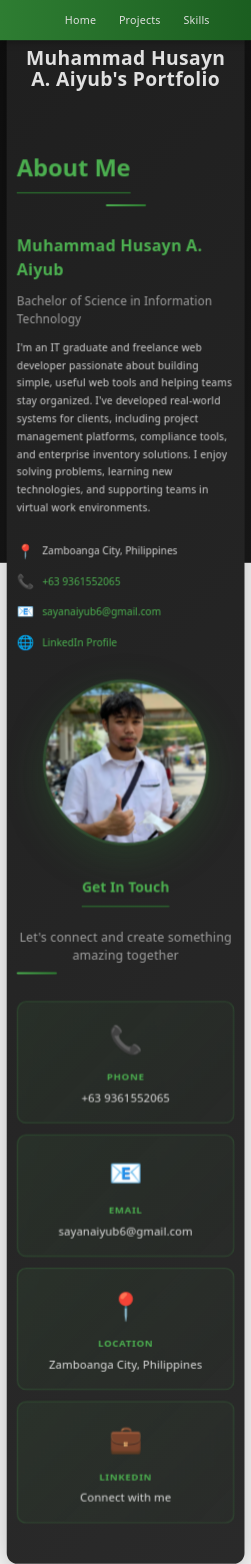
Repository: SAYANA11/portfolio
Page: /
These files come from the project's save history. The page is drawn as it stood at one moment and after the next save; the edit follows.
The browser window is 375 px wide. The pictures show the whole page, at 67% of full size.
The project was rebuilt for these pictures with package versions that can differ from the ones it lists, and the page was loaded fresh each time. Also part of the build but not shown: vite.config.js, src/components/Projects.css, src/components/Projects.jsx, src/components/Skills.css, src/components/Skills.jsx.

Above is the page before, as saved 2026-02-16 23:38:46.

After the next save:
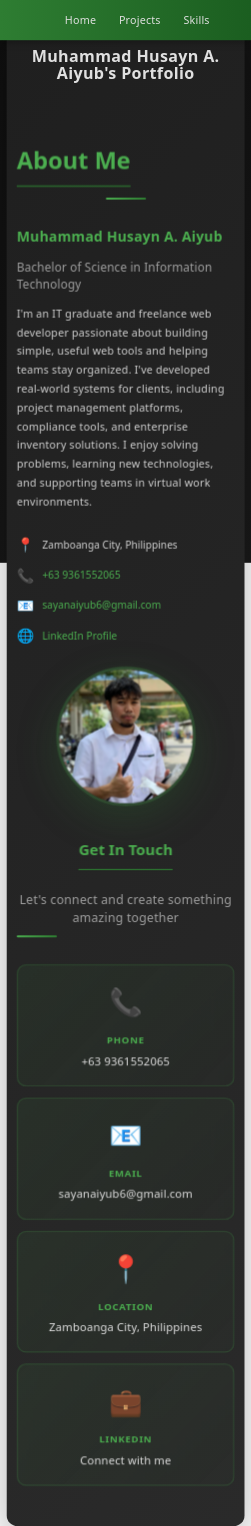
Saved 14 s later.
--- a/src/components/Hero.css
+++ b/src/components/Hero.css
@@ -467,12 +467,12 @@
           border-radius: 16px;
         }
 
-        .hero-title {
-          font-size: 1.8rem;
-        }
-
-        .hero-subtitle {
-          font-size: 1rem;
+        .page-title {
+          font-size: 1.5rem;
+        }
+
+        .section-title {
+          font-size: 1.4rem;
         }
 
         .about-section,
@@ -480,21 +480,18 @@
           margin-bottom: 30px;
         }
 
-        .about-container {
-          padding: 32px 20px;
-        }
-
-        .about-highlights {
+        .about-layout {
           grid-template-columns: 1fr;
-          gap: 14px;
-        }
-
-        .highlight-card {
-          padding: 18px;
-        }
-
-        .about-text {
-          font-size: 0.95rem;
+          gap: 30px;
+        }
+
+        .about-name {
+          font-size: 1.3rem;
+        }
+
+        .about-photo {
+          width: 200px;
+          height: 200px;
         }
 
         .contact-details {
@@ -509,13 +506,4 @@
         .contact-card-icon {
           font-size: 2.5rem;
         }
-
-        .photo img {
-          width: 120px;
-          height: 120px;
-        }
-
-        .section-title {
-          font-size: 1.3rem;
-        }
-      }
+      }
